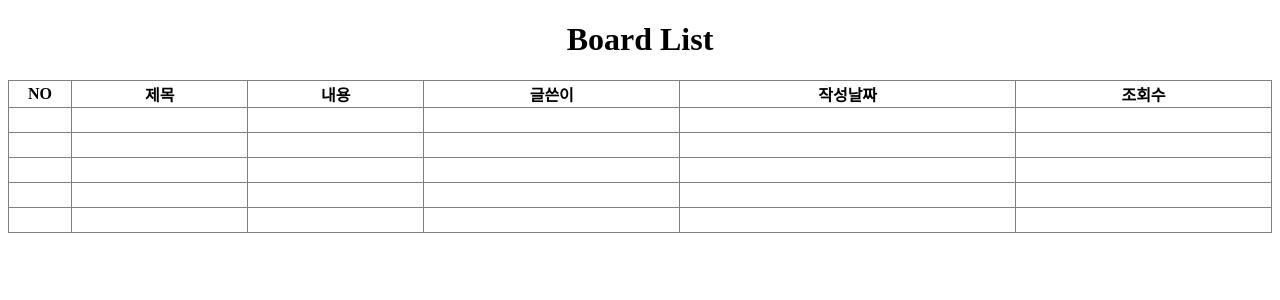
Repository: ByeonYJ/CSSTest
Page: GMSUI/WebContent/board/board_list.html
These files come from the project's save history. The page is drawn as it stood at one moment and after the next save; the edit follows.
The browser window is 1280 px wide. The pictures show the whole page.

Above is the page before, as saved 2017-07-19 08:27:42.

### GMSUI/WebContent/board/board_list.html
<!DOCTYPE html>
<html>
<head>
<meta charset="UTF-8">
<title>Insert title here</title>
<style>
.text-center{text-align: center;}
.border-black{border: 1px solid black;}
.width-30pro{width:30%}
.text-deco-none{text-decoration: none;}
.table-border{border-collapse: collapse;}
.margin-auto{margin:0 auto;}
.list-none{list-style-type:none;}
.inline-block{display:inline-block}
.bgcolor-yellow{background-color:yellow;}
.bgcolor-red{background-color:red;}
.bgcolor-blue{background-color:blue;}
</style>
</head>
<body>
<h1 class="text-center">Board List</h1>
	<table border=1 class="table-border" style="width: 100%">
		<tr style="height: 25px;">
			<th class="text-center" style="width: 5%">NO</th>
			<th style="width: 20%, text-align: center;">제목</th>
			<th style="width: 36%, text-align: center;">내용</th>
			<th style="width: 15%, text-align: center;">글쓴이</th>
			<th style="width: 15%, text-align: center;">작성날짜</th>
			<th style="width: 9%, text-align: center;">조회수</th>
		</tr>
		<tr style="height: 25px;">
			<td></td>
			<td></td>
			<td></td>
			<td></td>
			<td></td>
			<td></td>
		</tr>
		<tr style="height: 25px;">
			<td></td>
			<td></td>
			<td></td>
			<td></td>
			<td></td>
			<td></td>
		</tr>
		<tr style="height: 25px;">
			<td></td>
			<td></td>
			<td></td>
			<td></td>
			<td></td>
			<td></td>
		</tr>
		<tr style="height: 25px;">
			<td></td>
			<td></td>
			<td></td>
			<td></td>
			<td></td>
			<td></td>
		</tr >
		<tr style="height: 25px;">
			<td></td>
			<td></td>
			<td></td>
			<td></td>
			<td></td>
			<td></td>
		</tr>
	</table>
</body>
</html>

After the next save:
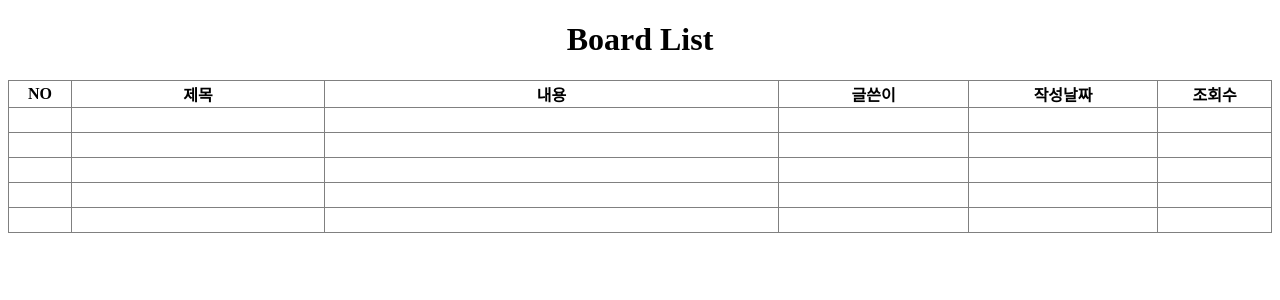
Saved 27 s later.
--- a/GMSUI/WebContent/board/board_list.html
+++ b/GMSUI/WebContent/board/board_list.html
@@ -22,11 +22,11 @@
 	<table border=1 class="table-border" style="width: 100%">
 		<tr style="height: 25px;">
 			<th class="text-center" style="width: 5%">NO</th>
-			<th style="width: 20%, text-align: center;">제목</th>
-			<th style="width: 36%, text-align: center;">내용</th>
-			<th style="width: 15%, text-align: center;">글쓴이</th>
-			<th style="width: 15%, text-align: center;">작성날짜</th>
-			<th style="width: 9%, text-align: center;">조회수</th>
+			<th style="width: 20%">제목</th>
+			<th style="width: 36%">내용</th>
+			<th style="width: 15%">글쓴이</th>
+			<th style="width: 15%">작성날짜</th>
+			<th style="width: 9%">조회수</th>
 		</tr>
 		<tr style="height: 25px;">
 			<td></td>
